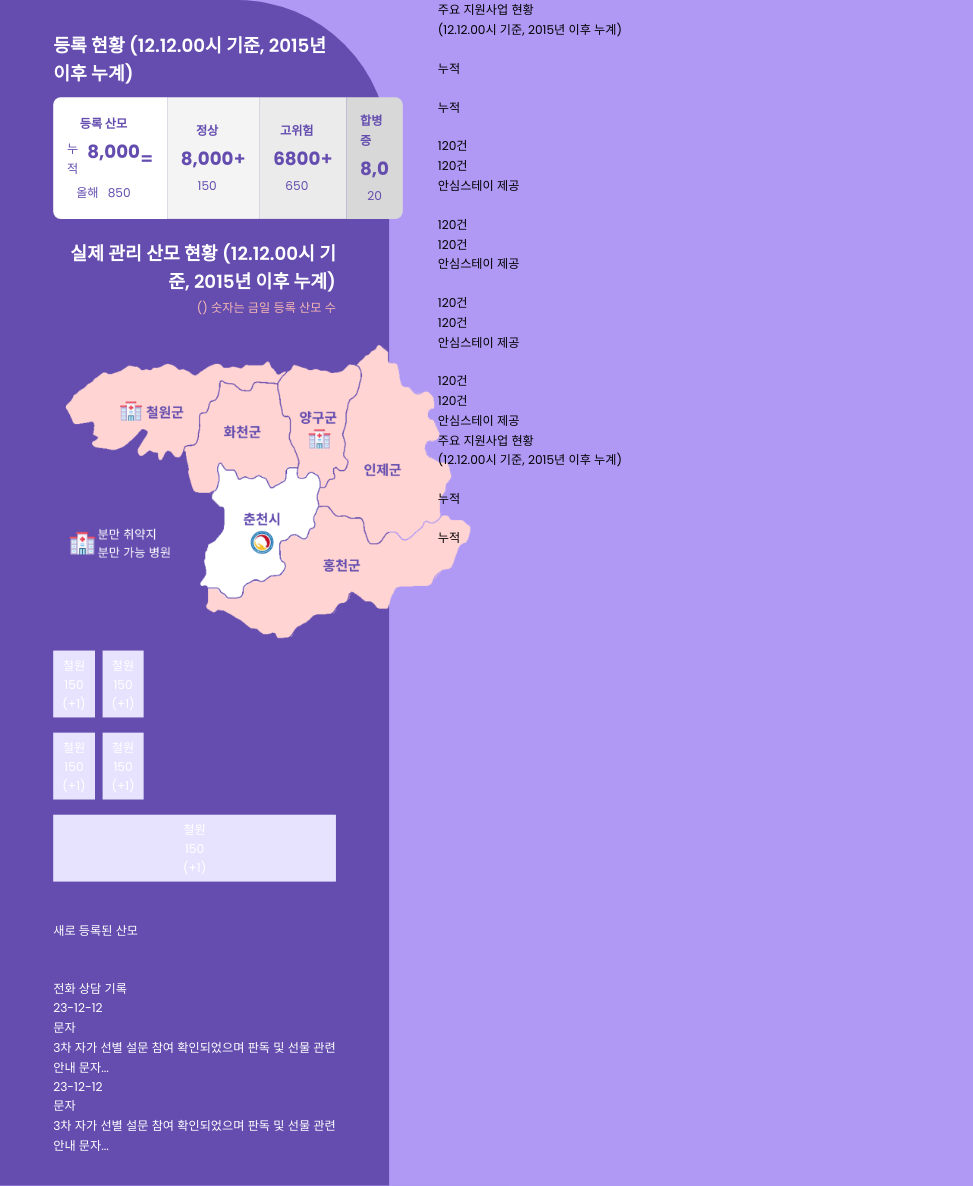
Repository: giapchicuong/Perganancy_Web
Page: index.html
The author's editor kept a copy of each file at every save. The page is drawn from the files as they stood at one save, then again after the next save.
The browser window is 1280 px wide. The pictures show the whole page, at 76% of full size.

Above is the page before, as saved 2024-03-06 17:44:03.

After the next save:
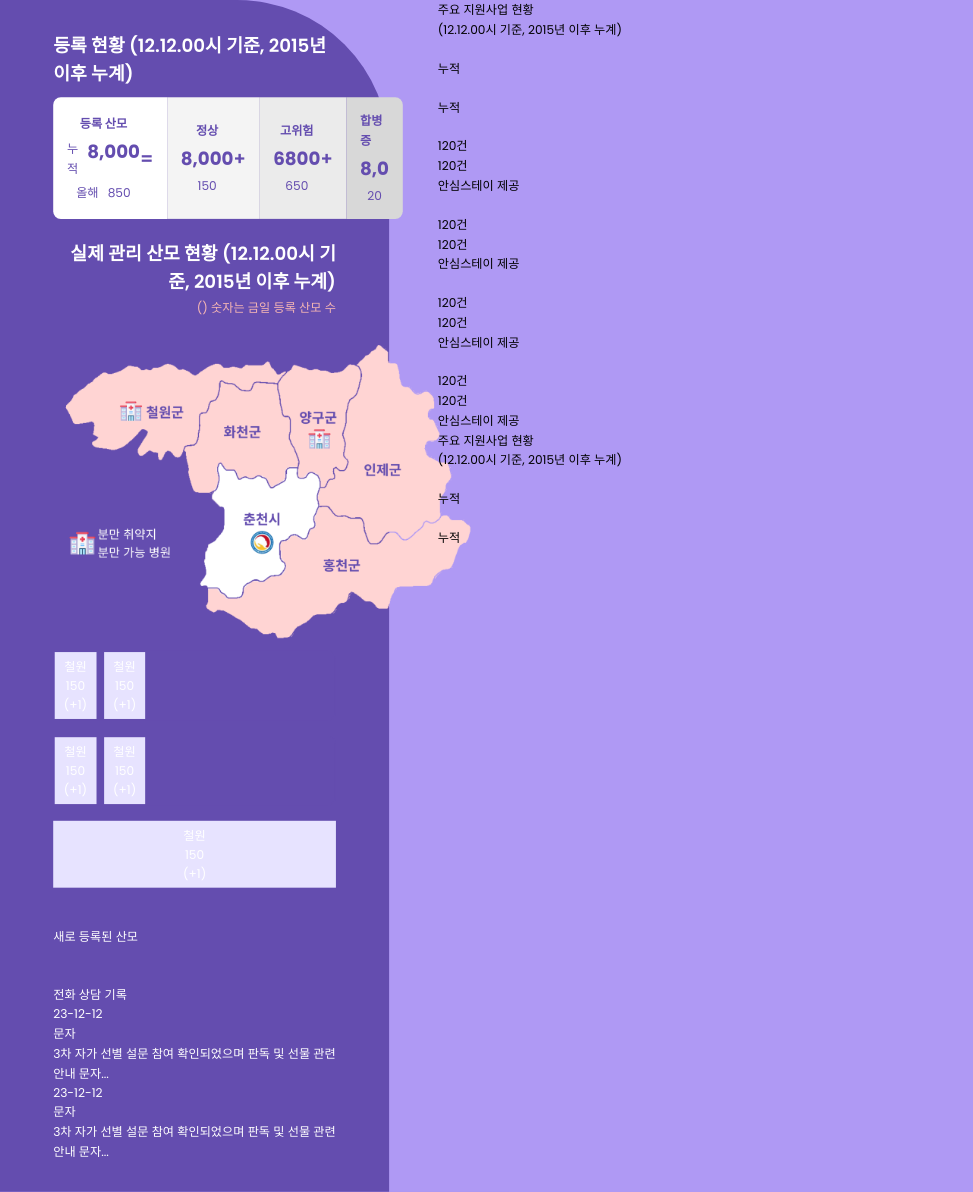
Saved 57 s later.
--- a/assets/style.css
+++ b/assets/style.css
@@ -121,6 +121,7 @@
 .advertising-left__map-item-list-top, .advertising-left__map-item-list-center, .advertising-left__map-item-list-bottom{
     display: flex;
     gap: 10px;
+    border: 2px solid var(--primary);
     border-radius: 10px;
 }
 .advertising-left__map-item {
